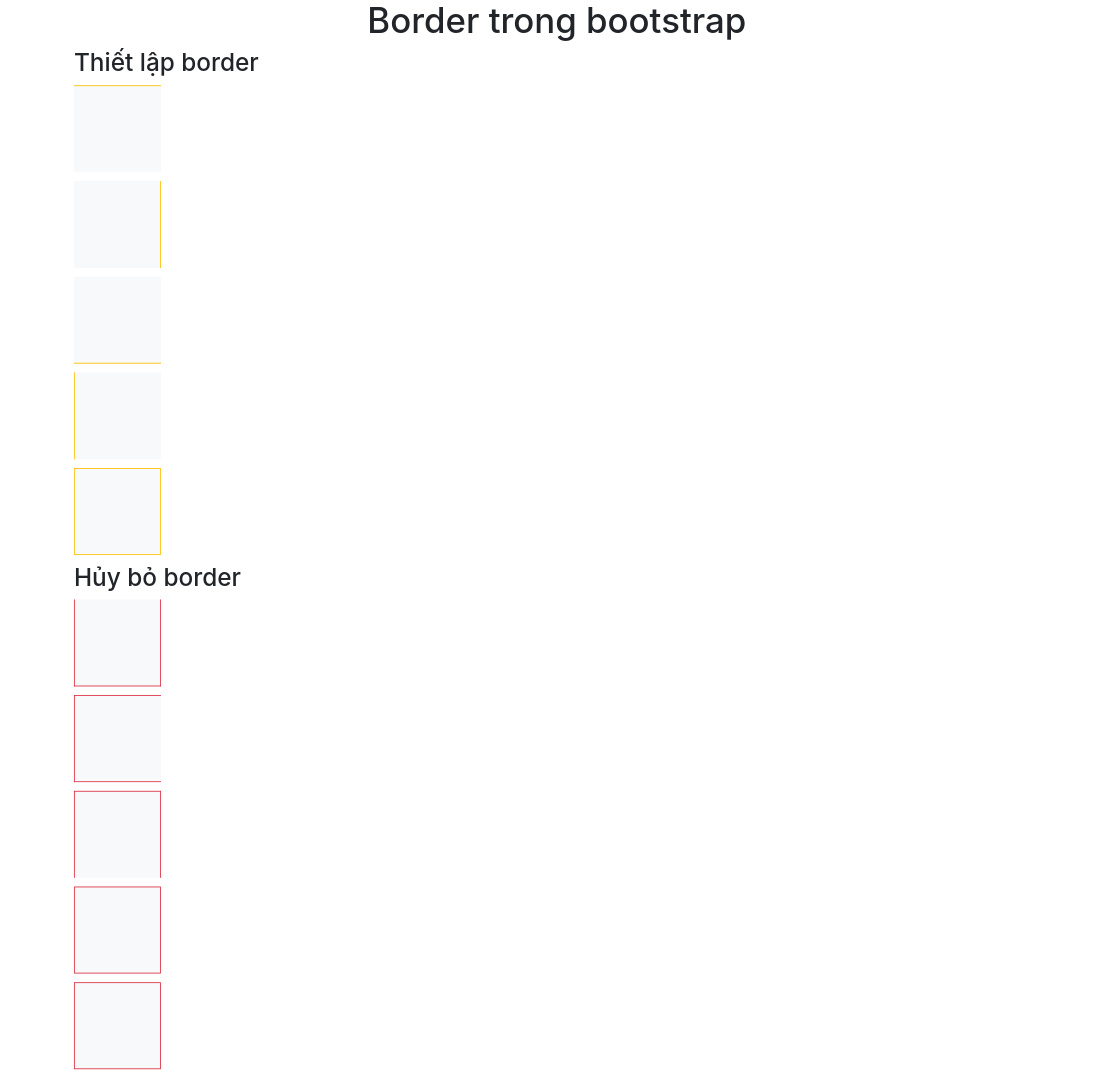
Repository: anhtu2110/front_end
Page: lesson/bootstrap/box/4.3-rounded.html
These files come from the project's save history. The page is drawn as it stood at one moment and after the next save; the edit follows.
The browser window is 1280 px wide. The pictures show the whole page, at 87% of full size.

Above is the page before, as saved 2022-12-02 08:18:31.

### lesson/bootstrap/box/4.3-rounded.html
<!DOCTYPE html>
<html lang="en">
  <head>
    <meta charset="UTF-8" />
    <meta http-equiv="X-UA-Compatible" content="IE=edge" />
    <meta name="viewport" content="width=device-width, initial-scale=1.0" />
    <link rel="stylesheet" href="./bootstrap/css/bootstrap.min.css" />
    <title>Bo tròn góc khối trong bootstrap</title>
  </head>
  <body>
    <style>
      .box {
        width: 100px;
        height: 100px;
        margin-bottom: 10px;
      }
    </style>
    <div class="container">
      <div class="row">
        <div class="col-md-12">
          <h1 class="text-center">Border trong bootstrap</h1>
          <h3>Thiết lập border</h3>
          <div class="box bg-light border-warning border-top"></div>
          <div class="box bg-light border-warning border-right"></div>
          <div class="box bg-light border-warning border-bottom"></div>
          <div class="box bg-light border-warning border-left"></div>
          <div class="box bg-light border-warning border"></div>

          <h3>Hủy bỏ border</h3>
          <div class="box bg-light border border-danger border-top-0"></div>
          <div class="box bg-light border border-danger border-right-0"></div>
          <div class="box bg-light border border-danger border-bottom-0"></div>
          <div class="box bg-light border border-danger border-left"></div>
          <div class="box bg-light border border-danger"></div>
        </div>
      </div>
    </div>
    <script src="js/jquery-3.6.1.min.js"></script>
    <script src="js/popper.min.js"></script>
    <script src="./bootstrap/js/bootstrap.min.js"></script>
  </body>
</html>

Loaded but not shown: lesson/bootstrap/box/bootstrap/css/bootstrap.min.css (library); lesson/bootstrap/box/js/jquery-3.6.1.min.js (library); lesson/bootstrap/box/js/popper.min.js (library); lesson/bootstrap/box/bootstrap/js/bootstrap.min.js (library)

After the next save:
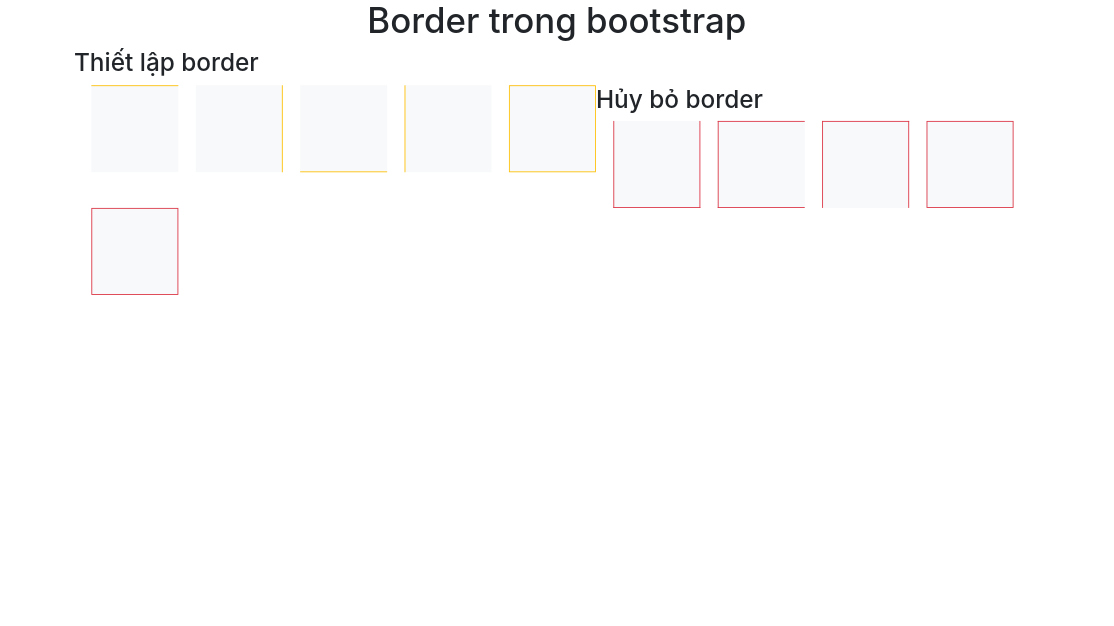
Saved 25 s later.
--- a/lesson/bootstrap/box/4.3-rounded.html
+++ b/lesson/bootstrap/box/4.3-rounded.html
@@ -12,7 +12,8 @@
       .box {
         width: 100px;
         height: 100px;
-        margin-bottom: 10px;
+        float: left;
+        margin-left: 20px;
       }
     </style>
     <div class="container">
